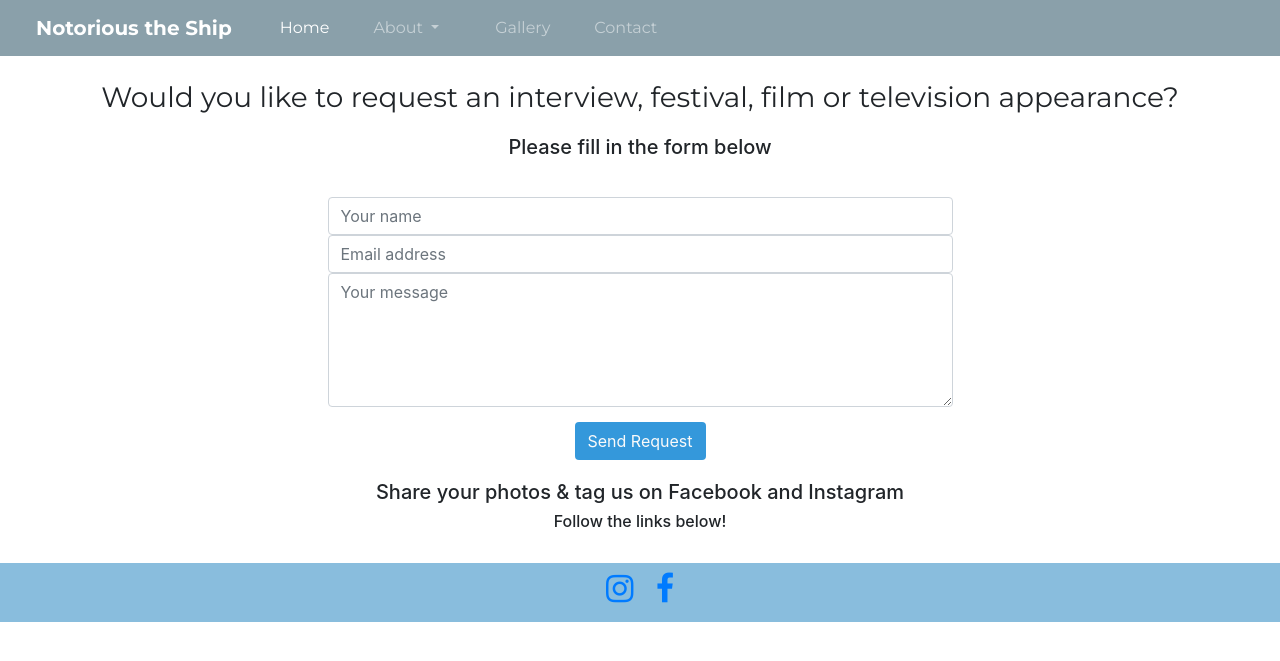
Repository: TSRose/NotorioustheShip
Page: contact.html
The author's editor kept a record of every edit. The page is drawn from the files as they stood at one moment, then again after the next edit.
The browser window is 1280 px wide. The pictures show the whole page.

Above is the page before.

### contact.html
<!DOCTYPE html>
<html lang="en">

<head>
    <meta charset="UTF-8">
    <meta name="viewport" content="width=device-width, initial-scale=1.0">
    <meta http-equiv="X-UA-Compatible" content="ie=edge">
    <link rel="stylesheet" href="https://stackpath.bootstrapcdn.com/bootstrap/4.3.1/css/bootstrap.min.css" type="text/css" />
    <link rel="stylesheet" href="https://stackpath.bootstrapcdn.com/font-awesome/4.7.0/css/font-awesome.min.css">
    <link rel="stylesheet" href="assets/css/style.css" type="text/css">

    <title>Notorious the Ship</title>
</head>

<body>
    <nav class="navbar navbar-dark navbar-expand-sm">
        <a href="index.html" class="navbar-brand">Notorious the Ship</a>
        <button class="navbar-toggler ml-auto" type="button" data-toggle="collapse" data-target="#navbarNavDropdown" aria-controls="navbarNavDropdown" aria-expanded="false" aria-label="Toggle navigation">
      <span class="navbar-toggler-icon"></span></button>
        <div class="collapse navbar-collapse" id="navbarNavDropdown">
            <ul class="navbar-nav mr-auto">
                <li class="active nav-item mr-2"><a class="nav-link" href="index.html">Home</a></li>
                <li class="nav-item dropdown">
                    <a class="nav-link dropdown-toggle" href="about.html" id="navbarDropdownMenuLink" role="button" data-toggle="dropdown" aria-haspopup="true" aria-expanded="false">
            About
          </a>
                    <div class="dropdown-menu" aria-labelledby="navbarDropdownMenuLink">
                        <a class="dropdown-item" href="/theship">About Notorious</a>
                        <a class="dropdown-item" href="/thebuilder">The Shipbuilder</a>
                        <a class="dropdown-item" href="/thehistory">A brief history of caravels</a></li>
                <li class=" nav-item mr-2"><a class="nav-link" href="gallery.html">Gallery</a></li>
                <li class=" nav-item mr-2"><a class="nav-link" href="contact.html">Contact</a></li>
            </ul>
            </div>
    </nav>

    <section class="container-fluid">
        <div class="row bg-color-contact">
            <div class="col-12">
                <h3 class="contact-heading text-center"> Would you like to request an interview, festival, film or television appearance?</h3>
                <h5 class="text-center">Please fill in the form below </h5>
                <div class="center-form">
                    <form>
                        <input type="text" name="name" id="fullname" class="form-control" placeholder="Your name" required />
                        <input type="email" name="email" id="emailaddress" class="form-control" placeholder="Email address" required />
                        <textarea rows="5" name="websitemessage" id="websitemessage" class="form-control" placeholder="Your message" required /></textarea>
                        <div class="form-row text-center">
                            <div class="col">
                                <button type="submit" class="btn">Send Request</button>
                            </div>
                        </div>
                    </form>
                </div>
                <h5 class="text-center">
                    Share your photos & tag us on Facebook and Instagram</h5>
                    <h6 class="text-center">Follow the links below!</h6>
                    <br>
            </div>
        </div>
    </section>
 <!---------------------------footer----->
    <footer class="container-fluid footer">
        <div id="footer-details" class="row">
            <div class="col-12">
                <ul class="list-inline social-links">
                    <li class="list-inline-item">
                        <a target="_blank" href="http://instagram.com/notorioustheship">
                        <i class="fa fa-instagram fa-2x" aria-hidden="true"></i>
                        <span class="sr-only">Instagram</span>
                        </a>
                    </li>
                    <li class="list-inline-item">
                        <a target="_blank" href="http://facebook.com/notorioustheship">
                        <i class="fa fa-facebook fa-2x" aria-hidden="true"></i>
                        <span class="sr-only">Facebook</span>
                        </a>
                    </li>
                </ul>
            </div>
        </div>
    </footer>

    <script src="https://code.jquery.com/jquery-3.3.1.slim.min.js" integrity="sha384-q8i/X+965DzO0rT7abK41JStQIAqVgRVzpbzo5smXKp4YfRvH+8abtTE1Pi6jizo" crossorigin="anonymous"></script>
    <script src="https://cdnjs.cloudflare.com/ajax/libs/popper.js/1.14.7/umd/popper.min.js" integrity="sha384-UO2eT0CpHqdSJQ6hJty5KVphtPhzWj9WO1clHTMGa3JDZwrnQq4sF86dIHNDz0W1" crossorigin="anonymous"></script>
    <script src="https://stackpath.bootstrapcdn.com/bootstrap/4.3.1/js/bootstrap.min.js" integrity="sha384-JjSmVgyd0p3pXB1rRibZUAYoIIy6OrQ6VrjIEaFf/nJGzIxFDsf4x0xIM+B07jRM" crossorigin="anonymous"></script>

</body>

</html>

### assets/css/style.css
@import url('https://fonts.googleapis.com/css?family=Montserrat:100,200,300,400,500,600,700|Roboto:100,200,300,400,500,600,700');

body {
    margin: 10;
    padding: 0;
}

header {
    margin: 0;
}

footer {
    background-color: #89bddd;
    border-color: #89bddd;
}

/*-------------------------------- navbar */

.navbar-brand {
    font-family: "Montserrat", sans-serif;
    color: #fafafa;
    margin: 0 20px;
}

.nav-item {
    color: #fafafa;
    font-family: "Montserrat", sans-serif;
    margin: 0 20px;
}

.list-inline {
    text-align: center;
}

.navbar {
    color: #aaa;
    background-color: #8aa0aa;
    margin-bottom: 0;
    border: 0;
    width: 100%;
}

.navbar .navbar-toggler {
    border: 0;
}

.navbar-brand {
    font-weight: 700;
}

/*---------------------------------Landing ----*/

.landing-container {
    height: 100VH;
    background: url("../images/notorious_portdouglas_xsm_crop.jpg") no-repeat center center fixed;
    -webkit-background-size: cover;
    -moz-background-size: cover;
    -o-background-size: cover;
    background-size: cover;
    display: flex;
    align-items: center;
    justify-content: center;
    position: relative;
}

.text-uppercase {
    text-transform: uppercase;
}

.landing-subheading {
    padding: 0 0px;
    text-transform: .5em;
    text-align: left;
}

.landing {
  margin: auto;
  width: 50%;
  border: 3px solid green;
  padding: 10px;
}
}

/*--------------------------------Jumbotron*/

.jumbotron-landing {
    background-color: transparent;
    padding-left: 0px;
    padding-top: 30px;
    padding-bottom: 30px;
    color: #fafafa;
}

.jumbotron-header {
    font-weight: bold;
    margin-bottom: 35px;
    margin: 50px;
    text-transform: capitalize;
    padding: 50px;
}

@media (min-width: 576px) {
    .landing-container {
        background: url("../images/notorious_portdouglas_sm_crop.jpg") no-repeat center center fixed;
    }
}

@media (min-width: 768px) {
    .landing-container {
        background: url("../images/notorious_portdouglas_md_crop.jpg") no-repeat center center fixed;
    }
}

@media (min-width: 1030px) {
    .landing-container {
        background: url("../images/notorious_portdouglas.PNG") no-repeat center center fixed;
    }
}


/*--------------------------------------- contact form*/

.contact-heading {
    font-family: "Montserrat", sans-serif;
    font-weight: 200;
    margin-top: 25px;
    margin-bottom: 20px;
}

.center-form {
    padding-top: 10px;
    margin: 0 auto;
    max-width: 70%;
}

button[type="submit"] {
    margin-top: 15px;
    margin-bottom: 20px;
    color: #fafafa;
    background-color: #3498db;
}

.col .btn {
    padding: 0 15;
}

@media(max-width: 991px) {
    .center-form {
        padding-top: 30px;
        min-height: 240px;
        margin: 0 auto;
        max-width: 70%;
    }
}

@media(min-width: 992px) {
    .center-form {
        padding-top: 30px;
        min-height: 240px;
        margin: 0 auto;
        max-width: 50%;
    }
}

@media(min-width: 992px) {
    .contact-heading {
        font-family: "Montserrat", sans-serif;
        font-weight: 400;
        margin-top: 25px;
        margin-bottom: 20px;
    }
}


/*-----------------------------------Buttons*/

.btn--learnmore {
    font-weight: bold;
    border-radius: 23px;
    width: 160px;
}


.btn--learnmore:hover,
.but--learnmore:active,
.btn--learnmore:focus,
.btn--learnmore:active:focus {
    background-color: #dc7606;
    border-color: #dc7606;
}

/*-----------------------------------Footer*/
.social-links {
    padding-top: 10px;
}

.list-inline-item {
    padding-left: 5px;
    padding-right: 5px;
}

After the next edit:
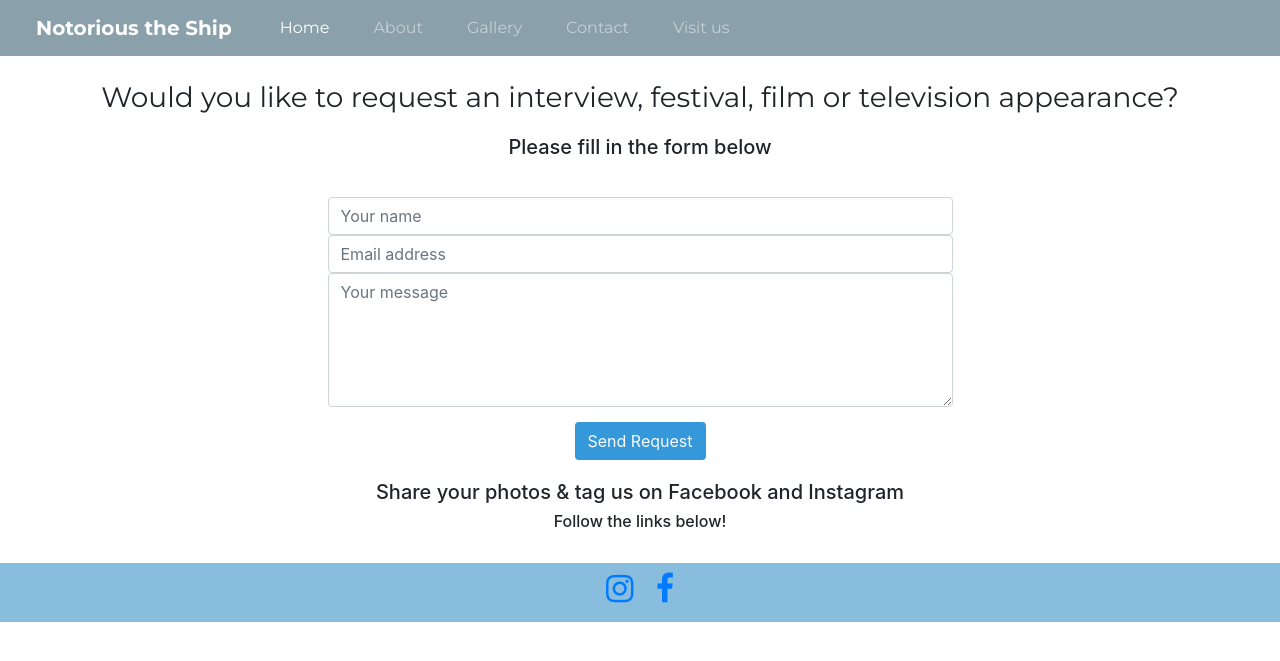
The edit:
--- a/contact.html
+++ b/contact.html
@@ -19,17 +19,11 @@
       <span class="navbar-toggler-icon"></span></button>
         <div class="collapse navbar-collapse" id="navbarNavDropdown">
             <ul class="navbar-nav mr-auto">
-                <li class="active nav-item mr-2"><a class="nav-link" href="index.html">Home</a></li>
-                <li class="nav-item dropdown">
-                    <a class="nav-link dropdown-toggle" href="about.html" id="navbarDropdownMenuLink" role="button" data-toggle="dropdown" aria-haspopup="true" aria-expanded="false">
-            About
-          </a>
-                    <div class="dropdown-menu" aria-labelledby="navbarDropdownMenuLink">
-                        <a class="dropdown-item" href="/theship">About Notorious</a>
-                        <a class="dropdown-item" href="/thebuilder">The Shipbuilder</a>
-                        <a class="dropdown-item" href="/thehistory">A brief history of caravels</a></li>
-                <li class=" nav-item mr-2"><a class="nav-link" href="gallery.html">Gallery</a></li>
-                <li class=" nav-item mr-2"><a class="nav-link" href="contact.html">Contact</a></li>
+               <li class="active nav-item mr-2"><a class="nav-link" href="index.html">Home</a></li>
+                <li class="nav-item mr-2"><a class="nav-link" href="about.html">About</a></li>
+                <li class="nav-item mr-2"><a class="nav-link" href="gallery.html">Gallery</a></li>
+                <li class="nav-item mr-2"><a class="nav-link" href="contact.html">Contact</a></li>
+                <li class="nav-item mr-2"><a class="nav-link" href="open.html">Visit us</a></li>
             </ul>
             </div>
     </nav>
